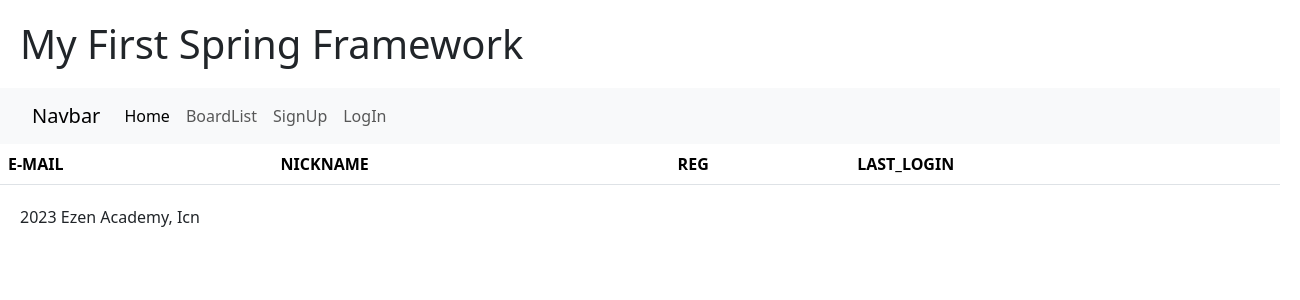
Repository: halsooitda/spring-java
Page: http://localhost/springProject/WEB-INF/views/member/list.jsp
The author's editor kept a copy of each file at every save. The page is drawn from the files as they stood at one save, then again after the next save.
The browser window is 1280 px wide. The page is 1280 px wide, then 1300 px, so the pictures cover 1300 px, including what lies to the right of the window. The pictures show the whole page.
The page is served by Tomcat 9. Nobody is signed in. The template is opened directly, without the code that normally fills it, so the values that code supplies are empty.

Above is the page before, as saved 2023-10-30 12:43:03.
Console error: TypeError: Cannot read properties of null (reading 'addEventListener')

After the next save:
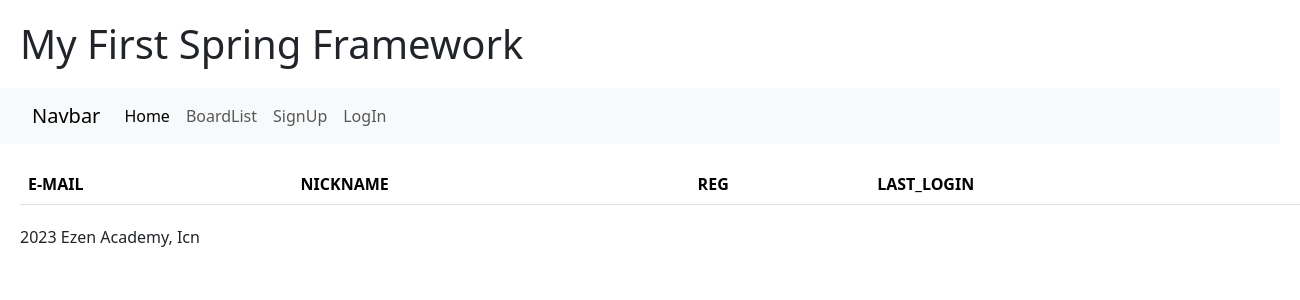
Saved 28 s later.
--- a/springProject/src/main/webapp/WEB-INF/views/member/list.jsp
+++ b/springProject/src/main/webapp/WEB-INF/views/member/list.jsp
@@ -6,6 +6,11 @@
 <head>
 <meta charset="UTF-8">
 <title>Member List</title>
+<style type="text/css">
+	table{
+		margin: 20px;
+	}
+</style>
 </head>
 <body>
 <jsp:include page="../common/header.jsp"/>
